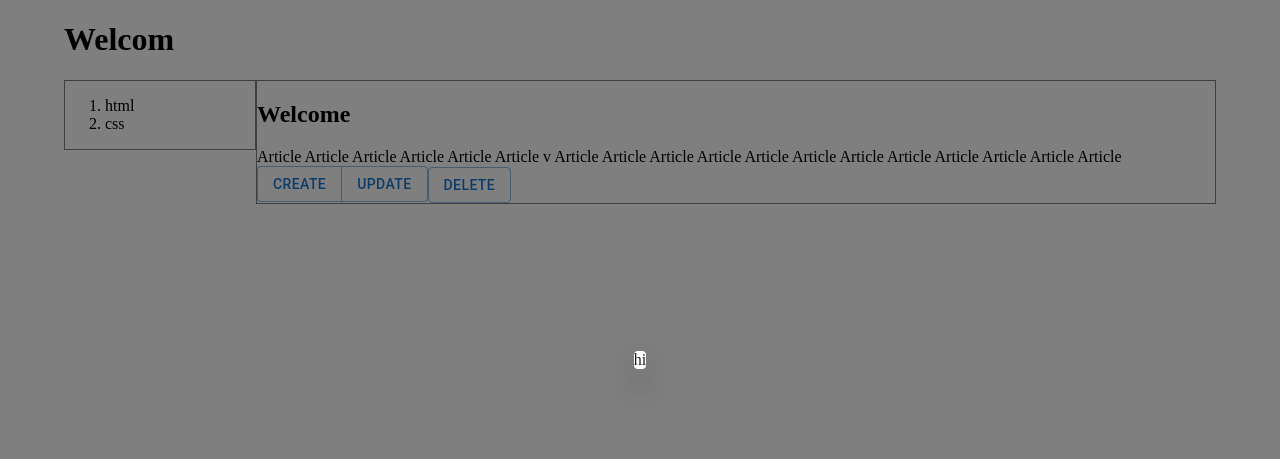
Repository: chlwpdnswku/nextjsportpolioclone
Page: /
The author's editor kept a copy of each file at every save. The page is drawn from the files as they stood at one save, then again after the next save.
The browser window is 1280 px wide. The pictures show the whole page.
The project was rebuilt for these pictures with package versions that can differ from the ones it lists, and the page was loaded fresh each time. The framework's server and built-in components were replaced by stand-ins that run in the browser. Also part of the build but not shown: next.config.js.

Above is the page before, as saved 2022-08-05 16:17:21.

### pages/index.tsx
import type { NextPage } from 'next';
import Head from 'next/head';
import Image from 'next/image';
import styles from '../styles/Home.module.css';
import Button from '@mui/material/Button';
import ButtonGroup from '@mui/material/ButtonGroup';
import Container from '@mui/material/Container';
import Grid from '@mui/material/Grid';
import Dialog from '@mui/material/Dialog';
import DialogActions from '@mui/material/DialogActions';
import DialogContent from '@mui/material/DialogContent';
import DialogContentText from '@mui/material/DialogContentText';
import DialogTitle from '@mui/material/DialogTitle';

const Home: NextPage = () => {
  return (
    <Container fixed>
      <Header></Header>
      {/* 자신의 컨탠츠 크기만큼 가지게 된다 Grid */}
      <Grid container>
        <Grid item xs={2}>
          <Nav></Nav>
        </Grid>
        <Grid item xs={10}>
          <Article></Article>
        </Grid>
      </Grid>
    </Container>
  );
};
function Header() {
  return (
    <header>
      <h1>Welcom</h1>
    </header>
  );
}

function Nav() {
  return (
    <nav style={{ border: '1px solid gray' }}>
      <ol>
        <li>html</li>
        <li>css</li>
      </ol>
    </nav>
  );
}

function Article() {
  return (
    <article style={{ border: '1px solid gray' }}>
      <h2>Welcome</h2>
      Article Article Article Article Article Article v Article Article Article
      Article Article Article Article Article Article Article Article Article
      <br />
      <ButtonGroup>
        {' '}
        <Button variant='outlined'>Create</Button>
        <Button variant='outlined'>Update</Button>
      </ButtonGroup>
      <Button variant='outlined'>Delete</Button>
      {/* 컨텐츠영역만밝게 표시가된다 */}
      <Dialog open={true}>hi</Dialog>
    </article>
  );
}
export default Home;

Loaded but not shown: pages/_app.tsx (common file); styles/globals.css (no stored copy; drawn as an empty file)

After the next save:
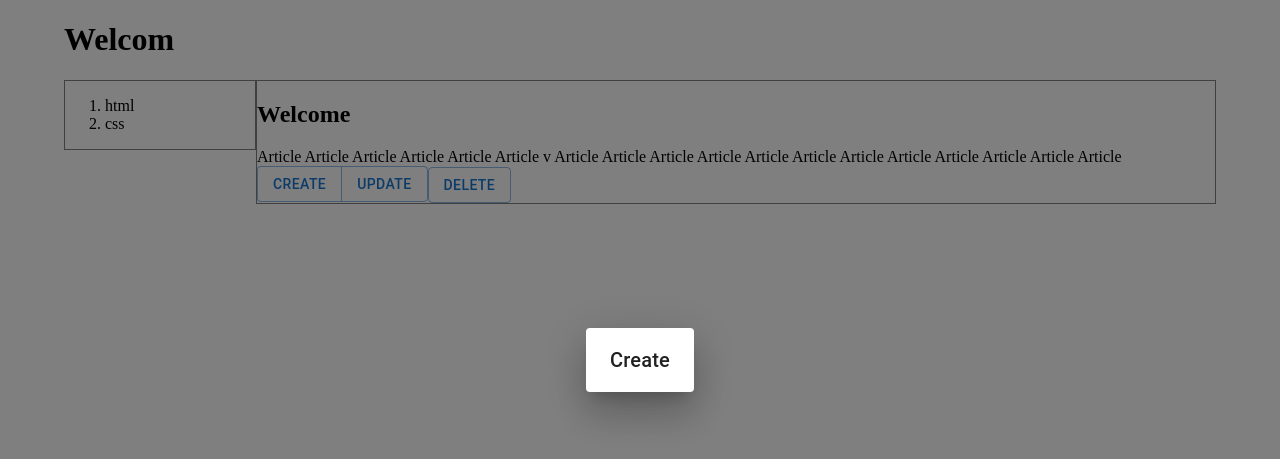
Saved 55 s later.
--- a/pages/index.tsx
+++ b/pages/index.tsx
@@ -61,7 +61,9 @@ function Article() {
       </ButtonGroup>
       <Button variant='outlined'>Delete</Button>
       {/* 컨텐츠영역만밝게 표시가된다 */}
-      <Dialog open={true}>hi</Dialog>
+      <Dialog open={true}>
+        <DialogTitle>Create</DialogTitle>
+      </Dialog>
     </article>
   );
 }
